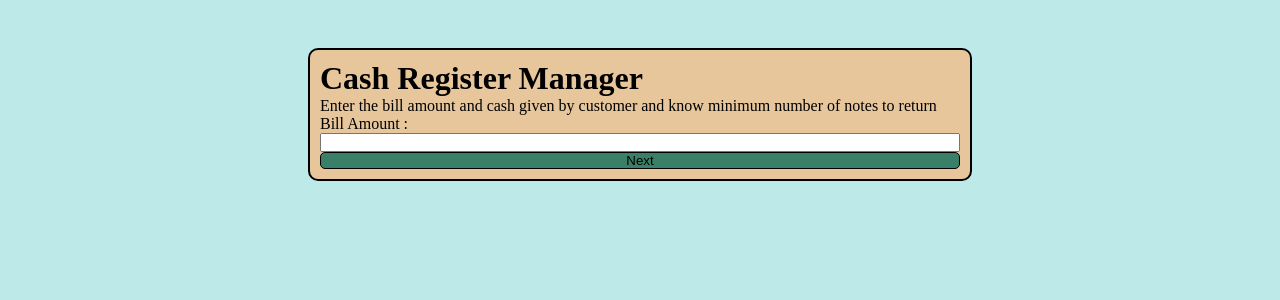
Repository: patelamancode/Cash-register-manager-app
Page: index.html
The author's editor kept a copy of each file at every save. The page is drawn from the files as they stood at one save, then again after the next save.
The browser window is 1280 px wide. The pictures show the whole page.

Above is the page before, as saved 2022-11-18 15:34:40.

After the next save:
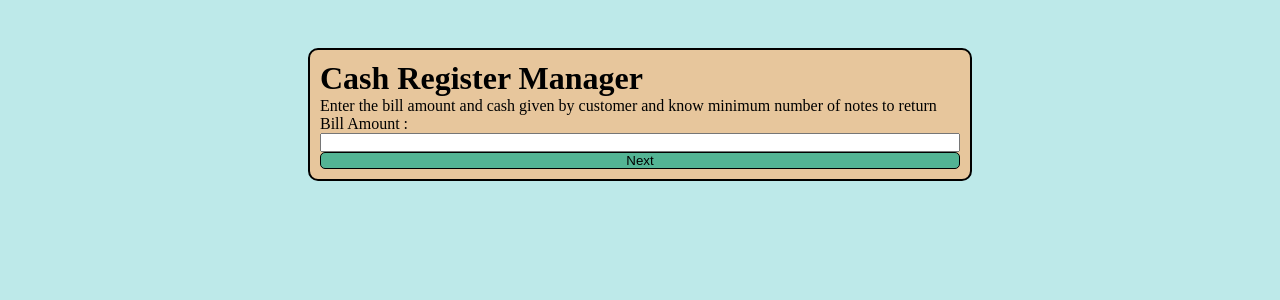
Saved 4 s later.
--- a/index.css
+++ b/index.css
@@ -22,7 +22,7 @@ body{
 
 button{
     border: 1px solid;
-    background-color: rgb(58, 128, 104);
+    background-color: rgb(83, 180, 148);
     border-radius: 5px;
 }
 
